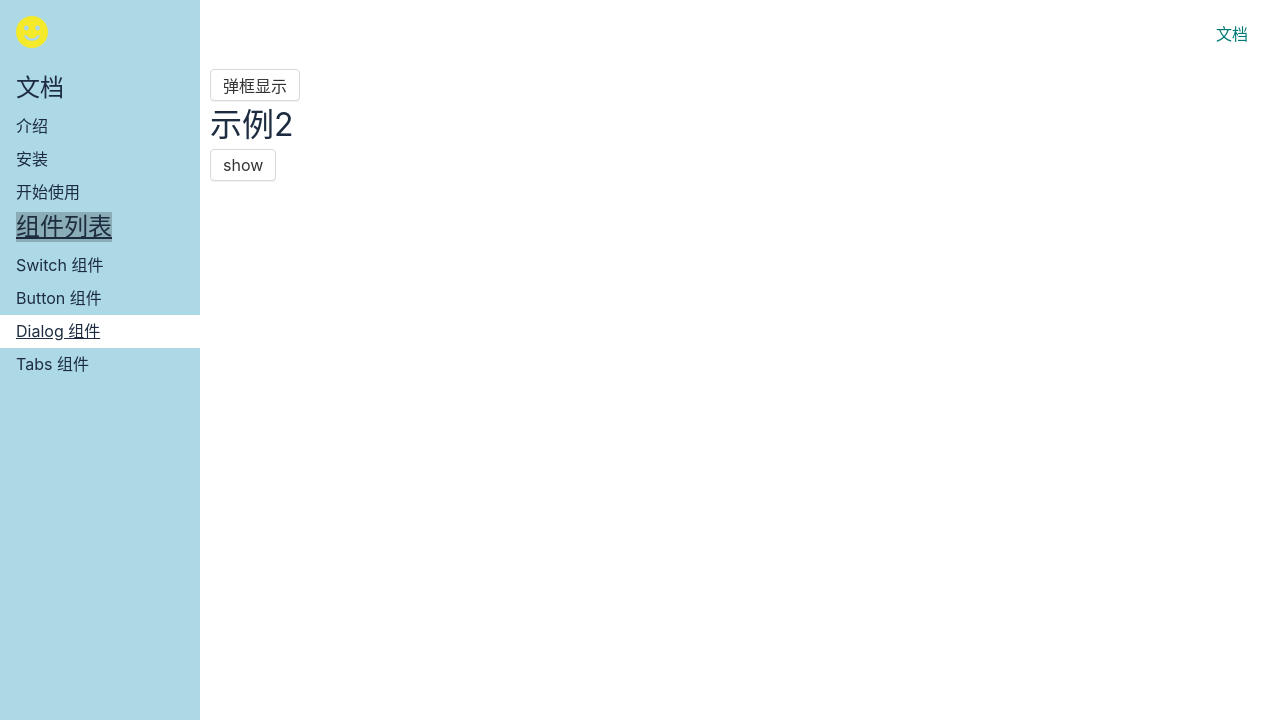
Repository: huming3272/Smile-UI
Page: /#/doc/Dialog
These files come from the project's save history. The page is drawn as it stood at one moment and after a run of saves; the edit follows.
The browser window is 1280 px wide. The pictures show the whole page.
The project was rebuilt for these pictures with package versions that can differ from the ones it lists, and the page was loaded fresh each time. Also part of the build but not shown: src/lib/svg.js, src/views/Home.vue, src/lib/Switch.vue, src/components/Switch1.demo.vue, src/components/Switch2.demo.vue, src/components/Demo.vue, src/components/SwitchDemo.vue, src/components/ButtonDemo.vue and 4 more. Imported but missing from the stored project, and not drawn on this page: src/lib/Tabs.vue, src/lib/openDialog.

Above is the page before, as saved 2022-04-17 15:34:27.

### index.html
<!DOCTYPE html>
<html lang="en">
<head>
  <meta charset="UTF-8">
  <link rel="icon" href="/favicon.ico" />
  <meta name="viewport" content="width=device-width, initial-scale=1.0">
  <title>Vite App</title>
  <!-- <script src="//at.alicdn.com/t/font_3242938_9kpz3740e2n.js"></script> -->
</head>
<body>
  <div id="app"></div>
  <script type="module" src="/src/main.ts"></script>
</body>
</html>

### src/main.ts
import "./lib/gulu.scss";
import "./lib/svg.js";
import "./index.scss";
import { createApp } from 'vue';
import App from './App.vue';
import router from './router/index';
import 'github-markdown-css'

const app = createApp(App)
app.use(router)
app.mount('#app')

### src/lib/gulu.scss
[class^="gulu-"], [class*=" gulu-"] {
    // 属性选择器的"^"开头选择器,"*"包含选择器
    margin: 0;
    padding: 0;
    box-sizing: border-box;
    font-size: 16px;
    // 为什么这样写 font-family
    // 答案见 https://github.com/zenozeng/fonts.css/
    font-family: -apple-system, "Noto Sans", "Helvetica Neue", Helvetica,
      "Nimbus Sans L", Arial, "Liberation Sans", "PingFang SC", "Hiragino Sans GB",
      "Noto Sans CJK SC", "Source Han Sans SC", "Source Han Sans CN",
      "Microsoft YaHei", "Wenquanyi Micro Hei", "WenQuanYi Zen Hei", "ST Heiti",
      SimHei, "WenQuanYi Zen Hei Sharp", sans-serif;
  }

### src/index.scss
* {
  margin: 0;
  padding: 0;
  box-sizing: border-box;
}
ul,
ol {
  list-style: none;
}
a {
  text-decoration: none;
  color: inherit;
  border-bottom: 1px solid transparent;
  &:hover {
    border-bottom: 1px solid;
    text-decoration: underline;
    cursor: pointer;
  }
}
h1,h2,h3,h4,h5,h6{
  font-weight: normal;
}
body{
  font-size: 16px;
  font-family: -apple-system, "Noto Sans",
  "Helvetica Neue",
  Helvetica, "Nimbus Sans L", Arial,
  "Liberation Sans",
  "PingFang SC",
  "Hiragino Sans GB",
  "Noto Sans CJK SC",
  "Source Han Sans SC",
  "Source Han Sans CN",
  "Microsoft YaHei",
  "Wenquanyi Micro Hei",
  "WenQuanYi Zen Hei",
  "ST Heiti",
  SimHei,
   "WenQuanYi Zen Hei Sharp",
  sans-serif;
  line-height: 1.5;
  color: #1d2c40;
}
.icon {
  width: 1em; height: 1em;
  vertical-align: -0.15em;
  fill: currentColor;
  overflow: hidden;
}

### src/App.vue
<template>
  <router-view/>
</template>

<script lang='ts'>
import {ref,provide} from 'vue'
import router from './router/index'

export default {
  name: 'App',
  setup(){
    const width = document.documentElement.clientWidth;
    //获取窗口宽度
    const menuVisible = ref(width <= 500 ? false : true);
    const toggleAside = ref(false)


    //检测窗口宽度
    //定义初值，类似vue2的data

    provide('menuVisible',menuVisible)//set
    //provide提供menuVisible给全局
    provide('toggleAside',toggleAside)



  },


}
</script>
<style lang="scss">
  *{
    padding: 0;
    margin: 0;
    list-style: none;

  }
</style>

### src/router/index.ts
import {createWebHashHistory,createRouter} from 'vue-router'
import Home from '../views/Home.vue'
import Doc from '../views/Doc.vue'
import Switch from '../components/SwitchDemo.vue'
import Button from '../components/ButtonDemo.vue'
import Dialog from '../components/DialogDemo.vue'
import Tabs from '../components/TabsDemo.vue'
import DocDemo from '../components/DocDemo.vue'

import Intro from '../views/Intro.vue';
import GetStarted from '../views/GetStarted.vue'
import Install from '../views/Install.vue'

import { h } from 'vue';
import Markdown from '../components/Markdown.vue';
const md = (filename) => {return h(Markdown,{path:`../markdown/${filename}.md`, key: filename})}
//  必须加上不同的key，不然切换组件后，渲染会失败
const history = createWebHashHistory()
// hash型路由
 const router = createRouter(
// 创建路由器
    {
    history:history,
    routes:[
        {path:'/',component:Home},
        {path:'/doc',component:Doc,
        children:[
            { path:'',component:DocDemo },
            { path:'switch',component:Switch },
            { path:'button',component:Button },
            { path:'Dialog',component:Dialog },
            { path:'Tabs',component:Tabs },
            { path: "intro", component: md('intro') },
            { path: "get-started", component: md('get-started') },
            { path: "install", component: md('install') },
        ]},

    ]
}
)


export default router

### src/views/Doc.vue
<template>
  <div class="layout">
    <Topnav class="nav"></Topnav>
    <div class="content">
      <aside v-if="menuVisible">
        <h2>
          文档
        </h2>
        <ol>
          <li>
            <router-link to="/doc/intro">
              介绍
            </router-link>
          </li>
          <li>
            <router-link to="/doc/install">
              安装
            </router-link>
          </li>
          <li>
            <router-link to="/doc/get-started">
              开始使用
            </router-link>
          </li>
        </ol>
        <h2>
          <router-link to='/doc'>
            组件列表
          </router-link>
        </h2>
        <ol>
          <li>
            <router-link to="/doc/switch">Switch 组件</router-link>
          </li>
          <li>
            <router-link to="/doc/button">Button 组件</router-link>
          </li>
          <li>
            <router-link to="/doc/dialog">Dialog 组件</router-link>
          </li>
          <li>
            <router-link to="/doc/tabs">Tabs 组件</router-link>
          </li>
        </ol>
      </aside>
      <main>
        <router-view></router-view>
      </main>
    </div>
  </div>
</template>
<script lang="ts">
import Topnav from "../components/Topnav.vue";
import {inject,Ref,onMounted,onUnmounted} from 'vue'
import  router  from '../router/index';
export default {
  components: {
    Topnav,
  },
  setup(){
    //setup函数是处于 生命周期函数 beforeCreate 和 Created 两个钩子函数之前的函数,类似用函数定义vue2的data
    const menuVisible = inject<Ref<boolean>>('menuVisible') //get
    const toggleAside = inject<Ref<boolean>>('toggleAside')
    toggleAside.value = true
    //引入名为menuVisible

    const menuActive = () => {
          if (window.innerWidth > 500){
            menuVisible.value = true
          }
      }
    onMounted(() => {
      window.addEventListener('resize',menuActive)
    })
    onUnmounted(() => {
      window.removeEventListener('resive',menuActive)
    })

    router.afterEach((to, from) => {

      // menuVisible.value = false
    })

    return {menuVisible}
    // return 暴露出去，才能在这个文件中使用menuVisible

  },
  methods: {

  }

};
</script>
<style lang="scss" scoped>
.router-link-active {
  text-decoration: underline;
}
.layout {
  display: flex;
  flex-direction: column;
  height: 100vh;
  z-index: 10;
  > .nav {
    flex-shrink: 0;
  }
  > .content {
    flex-grow: 1;
    padding-top: 53px;
    padding-left: 200px;
    @media (max-width: 500px) {
      padding-left: 0;
    }
  }
}
.content {
  display: flex;
  > aside {
    flex-shrink: 0;
    // position: relative;
    h2{
      >.router-link-active{
        background: rgba(0,0,0,0.2);
      }
    }
    >ol{
      .router-link-active{
        // background: rgba(255, 81, 0, 0.5)
      }
    }

  }
  > main {
    flex-grow: 1;
    padding: 16px 10px;
    // background: lightgreen;

  }
}
aside {
  background: lightblue;
  width: 200px;
  // padding: 16px 0 16px 16px;
  position: fixed;
  top: 0;
  left: 0;
  padding-top: 70px;
  height: 100%;
  // z-index: 20;
  > h2 {
    margin-bottom: 4px;
    padding: 0 16px;
  }
  > ol {
    > li {
      >a {
        display: block;
        padding: 4px 16px;
        text-decoration: none;
      }
      .router-link-active{
        background: white;
      }
    }
  }
  @media (max-width: 500px) {
    position: fixed;
    top: 0;
    left: 0;
    padding-top: 70px;
  }
}
main {
  overflow: auto;
}
</style>

### src/components/DialogDemo.vue
<template>
  <div style="position: relative; z-index: 100">
    <Button @click="toggle">弹框显示</Button>
    <Dialog v-model:visible="x" :closeOnClickOverlay="false" :ok="f1" :cancel="f2"
      @cancel="f2"
    >
    <template v-slot:title>
        <strong>加粗的标题</strong>
      </template>
      <template v-slot:content>
        <strong>嗨，某个人</strong>
        <div>
          你好啊
        </div>
      </template>
    </Dialog>
    <h1>示例2</h1>
    <Button @click="showDialog">show</Button>
  </div>
</template>
<script lang='ts'>
import Dialog from "../lib/Dialog.vue";
import Button from "../lib/Button.vue";
import {ref,h} from 'vue'
import { openDialog }from "../lib/openDialog"
export default {
  components: {
    Dialog,
    Button,
  },
  setup(){
    const x = ref(false)
    const toggle = ()=>{
      x.value = !x.value
    }
    const f1 = ()=>{
      console.log('ok函数')
      return true
    }
    const f2 = ()=>{
      console.log('cancel函数')
    }
    const showDialog = ()=>{
      openDialog({
        title: h('strong',{},'标题'),
        content: '你好',
        ok(){
          console.log('ok')
        },
        cancel(){
          console.log('cancel')
        }
      })
    }
    return{
      x,toggle,f1,f2,showDialog
    }
  }
};
</script>

### src/components/Topnav.vue
<template>
  <div class="topnav">
    <router-link class="logo" to='/' >
      <svg class="icon" aria-hidden="true">
        <use xlink:href="#icon-Smile"></use>
      </svg>
    </router-link>
    <ul class="menu">
      <li>
        <router-link to="/doc">
          文档
        </router-link>
      </li>
    </ul>
    <svg class="icon toggleAside" aria-hidden="true"  v-if="toggleAside"  @click="toggleMenu">
        <use xlink:href="#icon-shenLue"></use>
      </svg>
  </div>
</template>
<script lang="ts">
import {inject,Ref} from 'vue'
import router from '../router/index'
export default {
  setup(){

    const menuVisible = inject<Ref<boolean>>('menuVisible') //get
    const toggleAside = inject<Ref<boolean>>('toggleAside')
    //inject<Ref<boolean>>('menuVisible')
    //从全局引入menuVisible为boolean类型的Ref参数
    // menuVisible变量可以认为是data里的
    const toggleMenu = ()=>{
      // router.push('/doc')
      menuVisible.value = !menuVisible.value
      //这里类似methods

    }
    router.afterEach((to,from) => {
      if(to.path==='/'){
        toggleAside.value = false
      }

    });
    return {toggleMenu,toggleAside}
  }
}
</script>
<style lang="scss" scoped>
$color: #007974;
.topnav {
  color: $color;
  // background: pink;
  display: flex;
  padding: 16px;
  position: fixed;
  top: 0;
  left: 0;
  width: 100%;
  z-index: 10;
  justify-content: center;
  align-items: center;
  > .logo {
    max-width: 6em;
    margin-right: auto;
    >svg {
      width: 32px;
      height: 32px;
    }
  }
  > .menu {
    display: flex;
    white-space: nowrap;
    flex-wrap: nowrap;
    > li {
      margin: 0 1em;
    }

  }
  >.toggleAside {
    width: 24px;
    height: 24px;
    position: absolute;
    left: 16px;
    top: 50%;
    transform: translateY(-50%);
    display: none;
  }

  @media (max-width: 500px) {
    > .menu {
      display: none;
    }
    > .toggleAside {
      display: block;
    }
    > .logo {
      margin: 0 auto;
    }

  }
}
</style>

### src/lib/Button.vue
<template lang="">

        <!-- <button v-bind="$attrs"> -->
            <button v-bind="rest" class="gulu-button" :class="classes" :disabled="disabled">
            <!-- 为button绑定rest得到的传入事件，两种都可以 -->
            <span v-if="loading" class="gulu-loadingIndicator"></span>
            <slot></slot>
        </button>


</template>
<script lang="ts">
import {computed} from 'vue'
export default {
  inheritAttrs: false,
  //inheritAttrs继承，默认是true，继承一切传入的事件，给template内的第一级元素
  name: "Button",
  props: {
    theme: {
      type: String,
      default: "button",
    },
    size:{
        type:String,
        default:"normal",
    },
    level:{
        type:String,
        default:"normal"
    },
    disabled: {
      type: Boolean,
      default: false,
    },
    loading:{
        type: Boolean,
        default:false,
    }
  },
  setup(props, context) {
    //非响应式对象，等同于 $attrs
    const { ...rest } = context.attrs;
    //拿到了父传子的size参数和rest事件
    const {theme,size,level}=props;
    const classes = computed(()=>{
        return{
            [`gulu-theme-${theme}`]: theme,
            [`gulu-size-${size}`]: size,
            [`gulu-level-${level}`]:level
        }
    })
    return { rest,size, classes };
  },
};
</script>
<style lang="scss">
div{

    $h: 32px;
    $border-color: #d9d9d9;
    $color: #333;
    $blue: #40a9ff;
    $radius: 4px;
    $red: red;
    $orange: rgb(252, 151, 0);
    $grey: grey;
    .gulu-button {
        box-sizing: border-box;
        height: $h;
        padding: 0 12px;
        cursor: pointer;
        display: inline-flex;
        justify-content: center;
        align-items: center;
        white-space: nowrap;
        background: white;
        color: $color;
        border: 1px solid $border-color;
        border-radius: $radius;
        box-shadow: 0 1px 0 fade-out(black, 0.95);
        transition: background-color 250ms;
        & + & {
            margin-left: 8px;
            border:1px solid red;
        }
        &:hover,
        &:focus {
        color: $blue;
        border-color: $blue;
        }
        &:focus {
            outline: none;
        }
        &::-moz-focus-inner {
            border: 0;
        }
         &.gulu-theme-link{
            border-color: transparent;
            box-shadow: none;
            color: $blue;
            text-decoration: underline;
        &:hover,&:focus{
            color: lighten($blue, 10%);
        }
  }
        &.gulu-theme-text{
            border-color: transparent;
            box-shadow: none;
            color: inherit;
        &:hover,&:focus{
            background: darken(white, 5%);;
            }
        }
            &.gulu-size-big{
                font-size: 24px;
                height: 48px;
                padding: 0 16px
            }
            &.gulu-size-small{
                font-size: 12px;
                height: 20px;
                padding: 0 4px;
            }

         &.gulu-theme-button {
            &.gulu-level-main {
                background: $blue;
                color: white;
                border-color: $blue;
            &:hover,
            &:focus {
                background: darken($blue, 10%);
                border-color: darken($blue, 10%);
                }
            }
            &.gulu-level-danger {
                background: $red;
                border-color: $red;
                color: white;
                &:hover,
                &:focus {
                    background: darken($red, 10%);
                    border-color: darken($red, 10%);
                }
            }
        }
        &.gulu-theme-link {
        &.gulu-level-danger {
            color: $red;
            &:hover,
                &:focus {
                    color: darken($red, 10%);
                }
            }
            &.gulu-level-warnning{
                color: $orange !important;
                &:hover,
                &:focus {
                    color: darken($orange, 10%);
                }
            }
        }
        &.gulu-theme-text {
            &.gulu-level-main {
            color: $blue;
            &:hover,
            &:focus {
                    color: darken($blue, 10%);
                }
            }
             &.gulu-level-danger {
                color: $red;
                &:hover,
                &:focus {
                    color: darken($red, 10%);
                }
            }
            &.gulu-level-warnning{
                color: $orange !important;
                &:hover,
                &:focus {
                    color: darken($orange, 10%);
                }
            }
        }
         &.gulu-theme-button {
            &[disabled] {
                cursor: not-allowed;
                color: $grey;
                &:hover {
                    border-color: $grey;
                }
            }
        }
        &.gulu-theme-link, &.gulu-theme-text {
            &[disabled] {
                cursor: not-allowed;
                color: $grey;
            }
        }
        > .gulu-loadingIndicator{
                width: 14px;
                height: 14px;
                display: inline-block;
                margin-right: 4px;
                border-radius: 8px;
                border-color: $blue $blue $blue transparent;
                border-style: solid;
                border-width: 2px;
                animation: gulu-spin 1s infinite linear;
            }
    }
        @keyframes gulu-spin {
            0%{transform: rotate(0deg)}
            100%{transform: rotate(360deg)}
        }
}
</style>

### src/lib/Dialog.vue
<template>
  <template v-if="visible">
    <Teleport to="body">
      <div class="gulu-dialog-overlay" @click="onClickOverlay"></div>
      <div class="gulu-dialog-wrapper">
        <div class="gulu-dialog">
          <header>
            标题 <span class="gulu-dialog-close" @click="close"></span>
          </header>
          <main>
            <slot name="title"></slot>
            <hr />
            <slot name="content"></slot>
          </main>
          <footer>
            <Button level="main" @click="ok">OK</Button>
            <Button @click="cancel">Cancel</Button>
          </footer>
        </div>
      </div>
    </Teleport>
  </template>
</template>


<script lang="ts">
import Button from "./Button.vue";
export default {
  name:"HelloWorld",
  emits:['update:visible',
    'cancel'
  ],
  components: {
    Button,
  },
  props: {
    visible: {
      type: Boolean,
      default: false,
    },
    closeOnClickOverlay: {
      type: Boolean,
      default: false,
    },
    ok: {
      type: Function,
    },
    cancel: {
      type: Function,
    },
  },
  setup(props, context) {
    const close = () => {
      context.emit("update:visible", !props.visible);
    };
    //遮罩关闭
    const onClickOverlay = () => {
      if (props.closeOnClickOverlay) {
        close();
      }
    };
    const ok = () => {
      if (props.ok?.() !== false) {
        // 链判断运算符 有ok时执行
        close();
      }
    };
    const cancel = () => {
      // context.emit("cancel");
      props.cancel?.()
      close();
    };
    return {
      close,
      onClickOverlay,
      ok,
      cancel,
    };
  },
};
</script>
<style lang="scss">
$radius: 4px;
$border-color: #d9d9d9;
.gulu-dialog {
  background: white;
  border-radius: $radius;
  box-shadow: 0 0 3px fade_out(black, 0.5);
  min-width: 15em;
  max-width: 90%;
  &-overlay {
    position: fixed;
    top: 0;
    left: 0;
    width: 100%;
    height: 100%;
    background: fade_out(black, 0.5);
    z-index: 10;
  }
  &-wrapper {
    position: fixed;
    left: 50%;
    top: 50%;
    transform: translate(-50%, -50%);
    z-index: 11;
  }
  > header {
    padding: 12px 16px;
    border-bottom: 1px solid $border-color;
    display: flex;
    align-items: center;
    justify-content: space-between;
    font-size: 20px;
  }
  > main {
    padding: 12px 16px;
  }
  > footer {
    border-top: 1px solid $border-color;
    padding: 12px 16px;
    text-align: right;
  }
  &-close {
    position: relative;
    display: inline-block;
    width: 16px;
    height: 16px;
    cursor: pointer;
    &::before,
    &::after {
      content: "";
      position: absolute;
      height: 1px;
      background: black;
      width: 100%;
      top: 50%;
      left: 50%;
    }
    &::before {
      transform: translate(-50%, -50%) rotate(-45deg);
    }
    &::after {
      transform: translate(-50%, -50%) rotate(45deg);
    }
  }
}
</style>

After the next 2 saves:
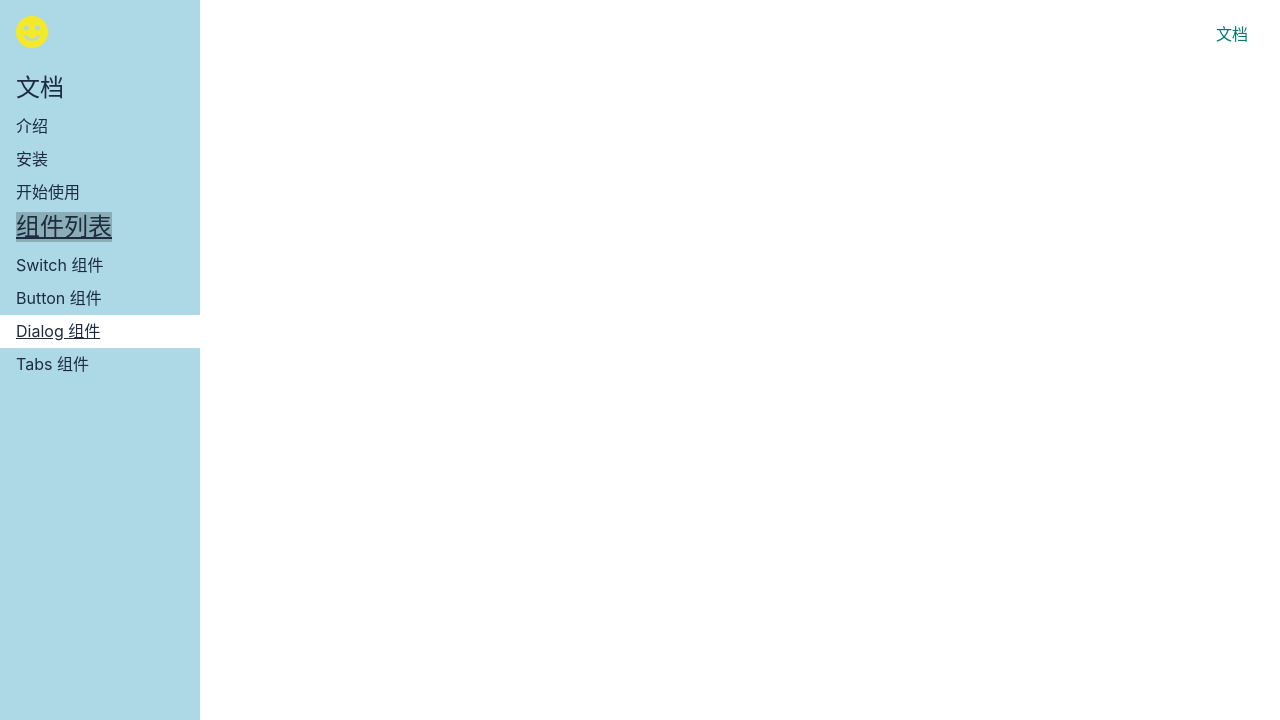
The 2 saves are shown as one change because they came seconds apart.
The last was saved 10 min 26 s later.
--- a/src/components/DialogDemo.vue
+++ b/src/components/DialogDemo.vue
@@ -1,5 +1,5 @@
 <template>
-  <div style="position: relative; z-index: 100">
+  <!-- <div style="position: relative; z-index: 100">
     <Button @click="toggle">弹框显示</Button>
     <Dialog v-model:visible="x" :closeOnClickOverlay="false" :ok="f1" :cancel="f2"
       @cancel="f2"
@@ -16,7 +16,8 @@
     </Dialog>
     <h1>示例2</h1>
     <Button @click="showDialog">show</Button>
-  </div>
+  </div> -->
+
 </template>
 <script lang='ts'>
 import Dialog from "../lib/Dialog.vue";
